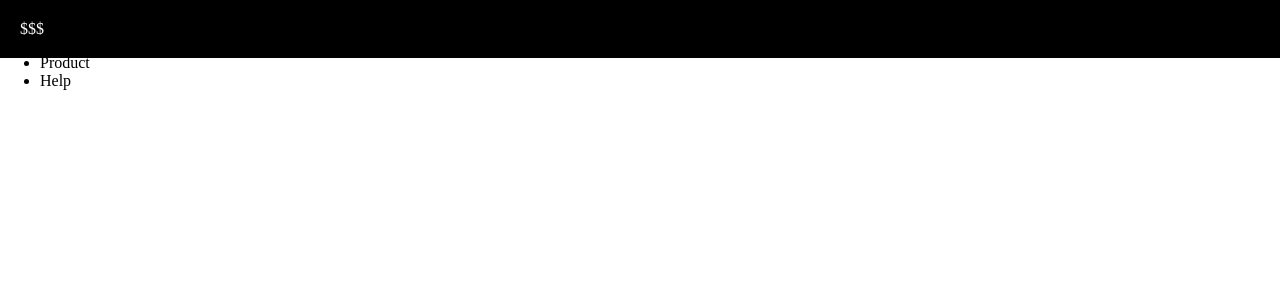
Repository: hemantsaini-7/React_Basics
Page: / (app in SIDEBAR/)
An editor plug-in stored every save of this project. The page is shown before and after the next save, followed by the edit.
The browser window is 1280 px wide. The pictures show the whole page.
The project was rebuilt for these pictures with package versions that can differ from the ones it lists, and the page was loaded fresh each time.

Above is the page before, as saved 2020-11-15 20:18:15.

### SIDEBAR/src/App.js
import React from 'react';
import './App.css';
import Navbar from './components/Navbar'

function App() {
  return (
    <div>
      <Navbar/>
    </div>
  );
}

export default App;

### SIDEBAR/src/App.css
* {
  margin: 0px;
}
nav {
  background-color: black;
  color: white;
  padding: 20px;
  position: fixed;
  width: 100vw;
}
.ul {
  background-color: aqua;
}
.li {
  background-color: chartreuse;
}

### SIDEBAR/src/components/Navbar.js
import React from 'react'
import { useState } from 'react'
import Sidebar from './Sidebar'

function Navbar() {
    const [sidebar,setsidebar]=useState(true);

const ClickHandler=()=>{
    setsidebar(!sidebar);
}

    return (
        <>
        <nav>
            <span onClick={ClickHandler}>$$$</span>
        </nav>

        <div className="side-div">
            {sidebar ? <Sidebar/> : "side-deactive"}
        </div>
        </>
    )
}

export default Navbar

### SIDEBAR/src/components/Sidebar.js
import React from 'react'

function Sidebar() {
    return (
            <ul>
                <li>Home</li>
                <li>About</li>
                <li>Contact</li>
                <li>Product</li>
                <li>Help</li>
            </ul>
    )
}

export default Sidebar

Loaded but not shown: SIDEBAR/public/index.html (common file); SIDEBAR/src/index.js (common file)

After the next save:
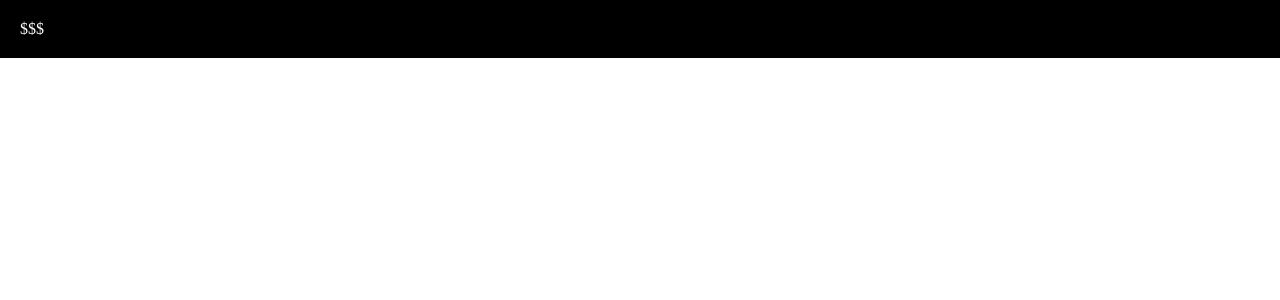
Saved 13 s later.
--- a/SIDEBAR/src/components/Navbar.js
+++ b/SIDEBAR/src/components/Navbar.js
@@ -16,7 +16,7 @@ const ClickHandler=()=>{
         </nav>
 
         <div className="side-div">
-            {sidebar ? <Sidebar/> : "side-deactive"}
+            {sidebar ? "side-active" : "side-deactive"}
         </div>
         </>
     )
